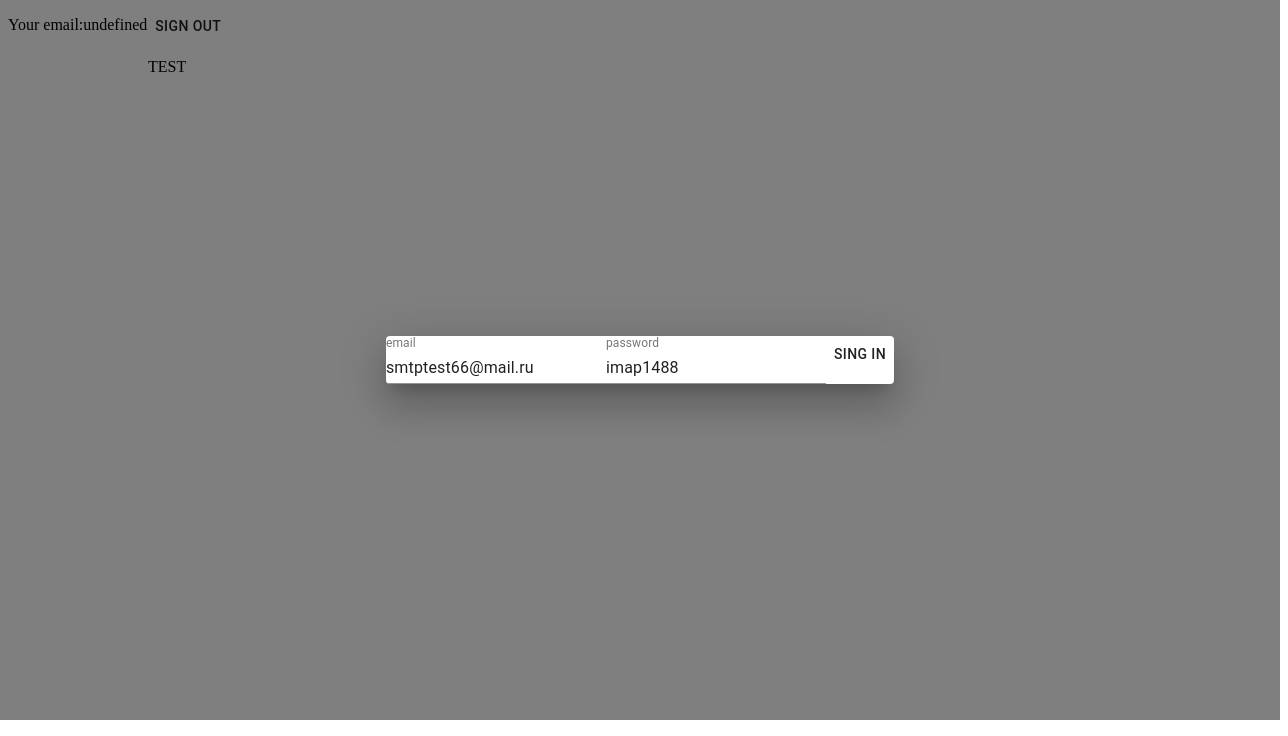
Repository: atakhanovrodion/mailclient
Page: / (app in client/)
The author's editor kept a copy of each file at every save. The page is drawn from the files as they stood at one save, then again after the next save.
The browser window is 1280 px wide. The page is 1288 px wide, so the pictures cover 1288 px, including what lies to the right of the window. The pictures show the whole page.
The project was rebuilt for these pictures with package versions that can differ from the ones it lists, and the page was loaded fresh each time. Also part of the build but not shown: client/webpack.config.js.

Above is the page before, as saved 2021-03-02 11:31:39.

After the next save:
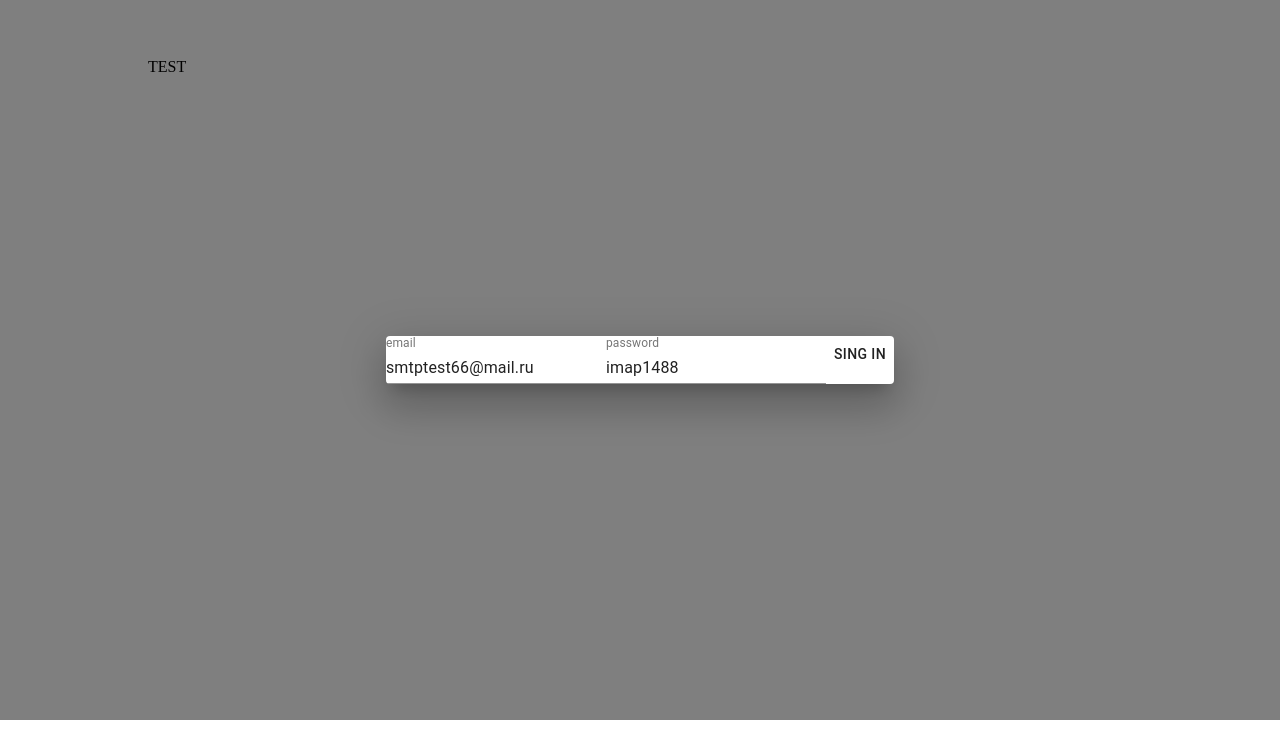
Saved 2 h 9 min later.
--- a/client/src/components/Header.tsx
+++ b/client/src/components/Header.tsx
@@ -9,8 +9,12 @@ type Props = {
 const Header: React.FC<Props> = ({ onClick, currentEmail, isAuth }) => {
   return (
     <div>
-      Your email:{currentEmail}
-      <Button onClick={onClick}>Sign out</Button>
+      {isAuth == true && (
+        <div>
+          Your email:{currentEmail}
+          <Button onClick={onClick}>Sign out</Button>
+        </div>
+      )}
     </div>
   );
 };
